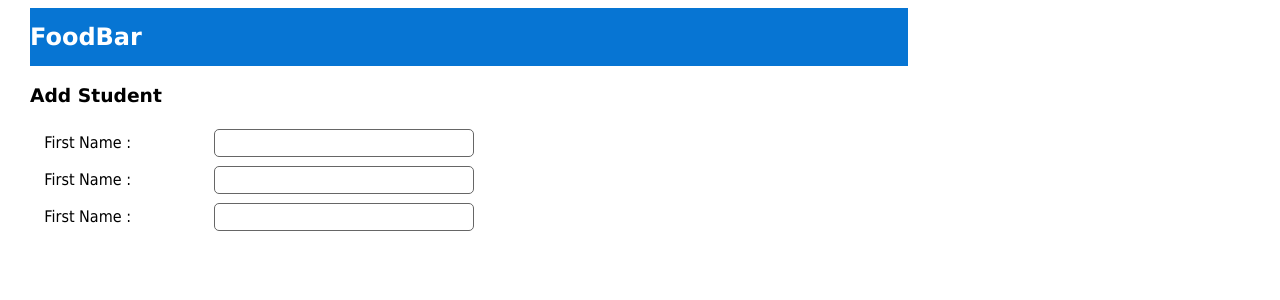
Repository: td2210z/java-jsp
Page: http://localhost/web-student-tracker/add-student-form.jsp
These files come from the project's save history. The page is drawn as it stood at one moment and after the next save; the edit follows.
The browser window is 1280 px wide. The pictures show the whole page.
The page is served by Tomcat 9. Other server files are loaded and not shown.

Above is the page before, as saved 2024-12-05 15:07:54.

### src/web-student-tracker/WebContent/add-student-form.jsp
<!DOCTYPE html>


<html>
<head>
 <title>Add</title>
 <link type = "text/css" rel = "stylesheet" href = "css/style.css">
 <link type = "text/css" rel = "stylesheet" href = "css/add-student-style.css">

</head>
   <div id  = "wrapper">
       <div id = "header">
          <h2>FoodBar</h2>
       </div>


   </div>

   <div id = "container">
   <h3>Add Student</h3>
   <form action = "StudentControllerServlet" method = "GET">
   <input type = "hidden" name = "command" value = "ADD"/>
   <table>
   <tbody>
   <tr>
   <td><label>First Name : </label></td>
   <td><input type = "text" name = "first_name"/></td>
   </tr>
   <tr>
   <td><label>First Name : </label></td>
   <td><input type = "text" name = "last_name"/></td>
   </tr>
   <tr>
   <td><label>First Name : </label></td>
   <td><input type = "text" name = "email"/></td>
   </tr>
   </tbody>
   </table>

   </form>
   </div>

<body>
</body>
</html>

### src/web-student-tracker/WebContent/css/style.css
html, body{
	margin-left:15px; margin-right:15px;
	padding:0px;
	font-family:Verdana, Arial, Helvetica, sans-serif;
}

table {
	border-collapse:collapse;
	border-bottom:1px solid gray;
	font-family: Tahoma,Verdana,Segoe,sans-serif;
	width:72%;
}

th {
	border-bottom:1px solid gray;
	background:none repeat scroll 0 0 #0775d3;
	padding:10px;
	color: #FFFFFF;
}

tr {
	border-top:1px solid gray;
	text-align:center;
}

tr:nth-child(even) {background: #FFFFFF}
tr:nth-child(odd) {background: #BBBBBB}

#wrapper {width: 100%; margin-top: 0px; }
#header {width: 72%; background: #0775d3; margin-top: 0px; padding:15px 0px 15px 0px;}
#header h2 {width: 100%; margin:auto; color: #FFFFFF;}
#container {width: 100%; margin:auto}
#container h3 {color: #000;}
#container #content {margin-top: 20px;}

.add-student-button {
	border: 1px solid #666;
	border-radius: 5px;
	padding: 4px;
	font-size: 12px;
	font-weight: bold;
	width: 120px;
	padding: 5px 10px;

	margin-bottom: 15px;
	background: #cccccc;
}

Loaded but not shown: src/web-student-tracker/WebContent/css/add-student-style.css (common file)

After the next save:
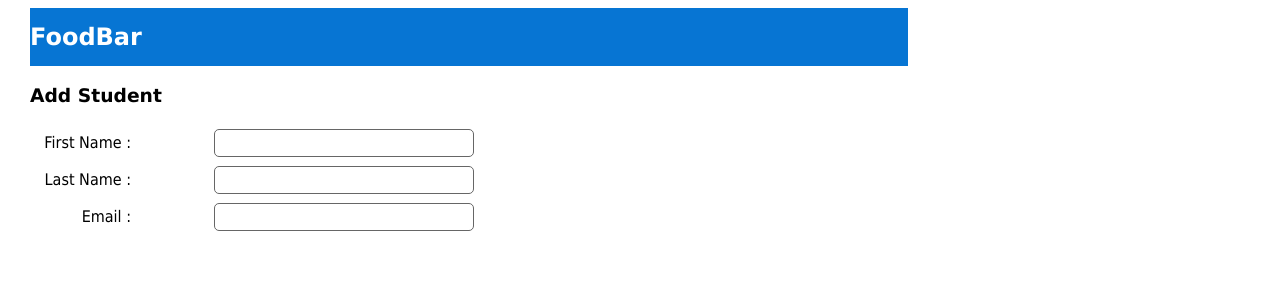
Saved 16 s later.
--- a/src/web-student-tracker/WebContent/add-student-form.jsp
+++ b/src/web-student-tracker/WebContent/add-student-form.jsp
@@ -27,11 +27,11 @@
    <td><input type = "text" name = "first_name"/></td>
    </tr>
    <tr>
-   <td><label>First Name : </label></td>
+   <td><label>Last Name : </label></td>
    <td><input type = "text" name = "last_name"/></td>
    </tr>
    <tr>
-   <td><label>First Name : </label></td>
+   <td><label>Email : </label></td>
    <td><input type = "text" name = "email"/></td>
    </tr>
    </tbody>
